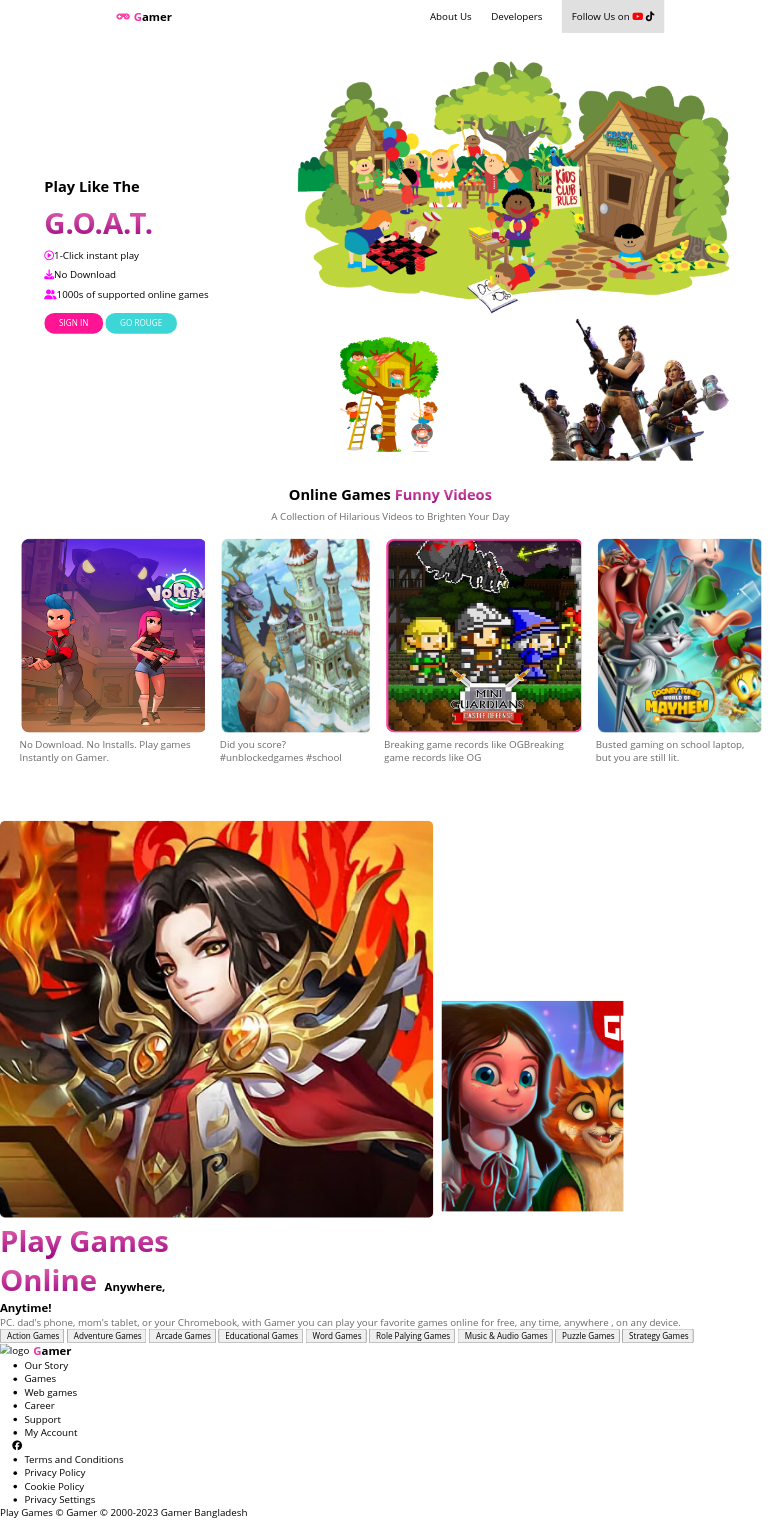
Repository: sadiaafsana138/Gamer-Zone
Page: index.html
These files come from the project's save history. The page is drawn as it stood at one moment and after the next save; the edit follows.
The browser window is 1280 px wide. The pictures show the whole page, at 61% of full size.
Some web libraries are served in a nearby version.

Above is the page before, as saved 2023-09-06 17:49:05.

After the next save:
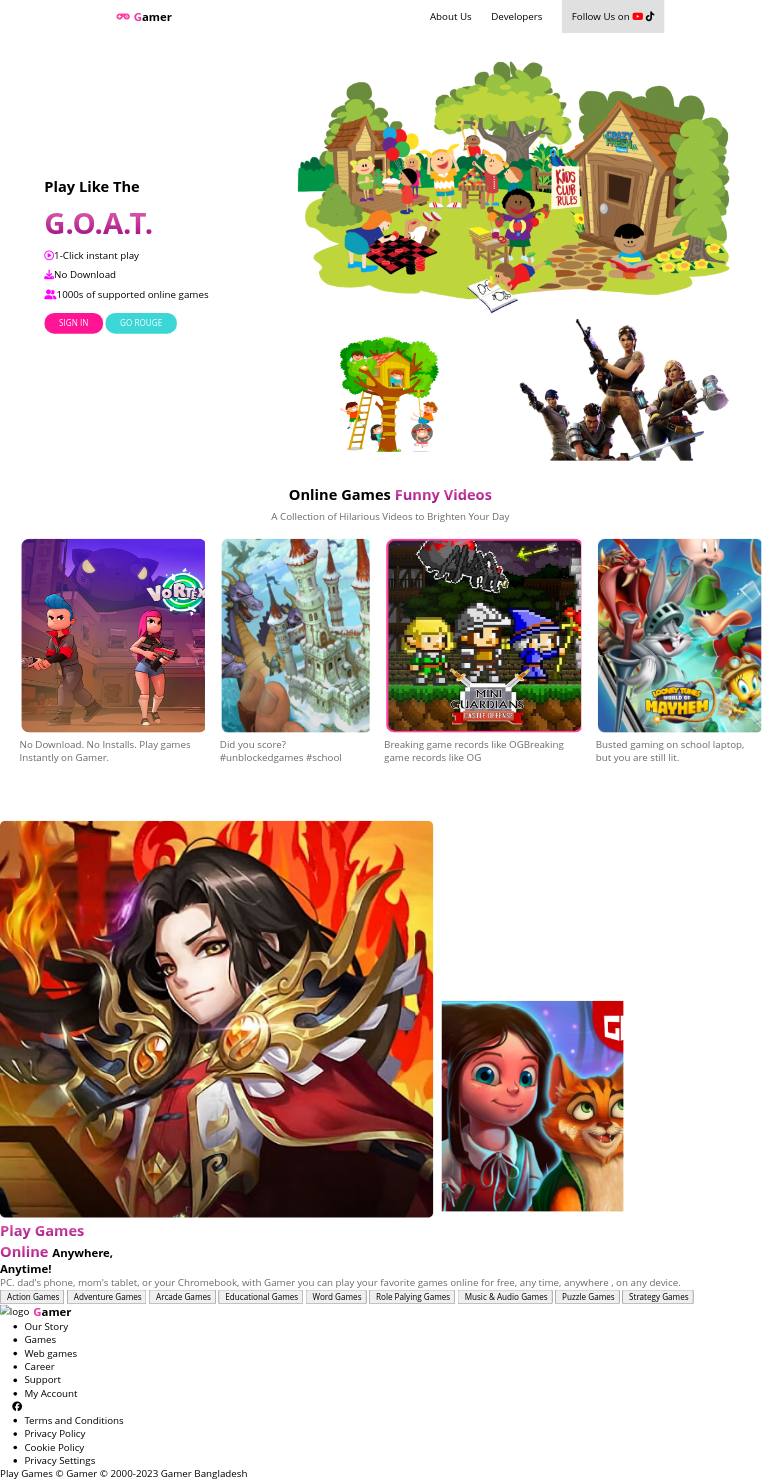
Saved 3 s later.
--- a/styles.css
+++ b/styles.css
@@ -65,7 +65,7 @@
     text-align: center;
     margin-top: 10px;
 }
-#sec3head{
+#sec3head,#sec4head{
     font-size: 1.5rem;
 }
 .sec3image{
